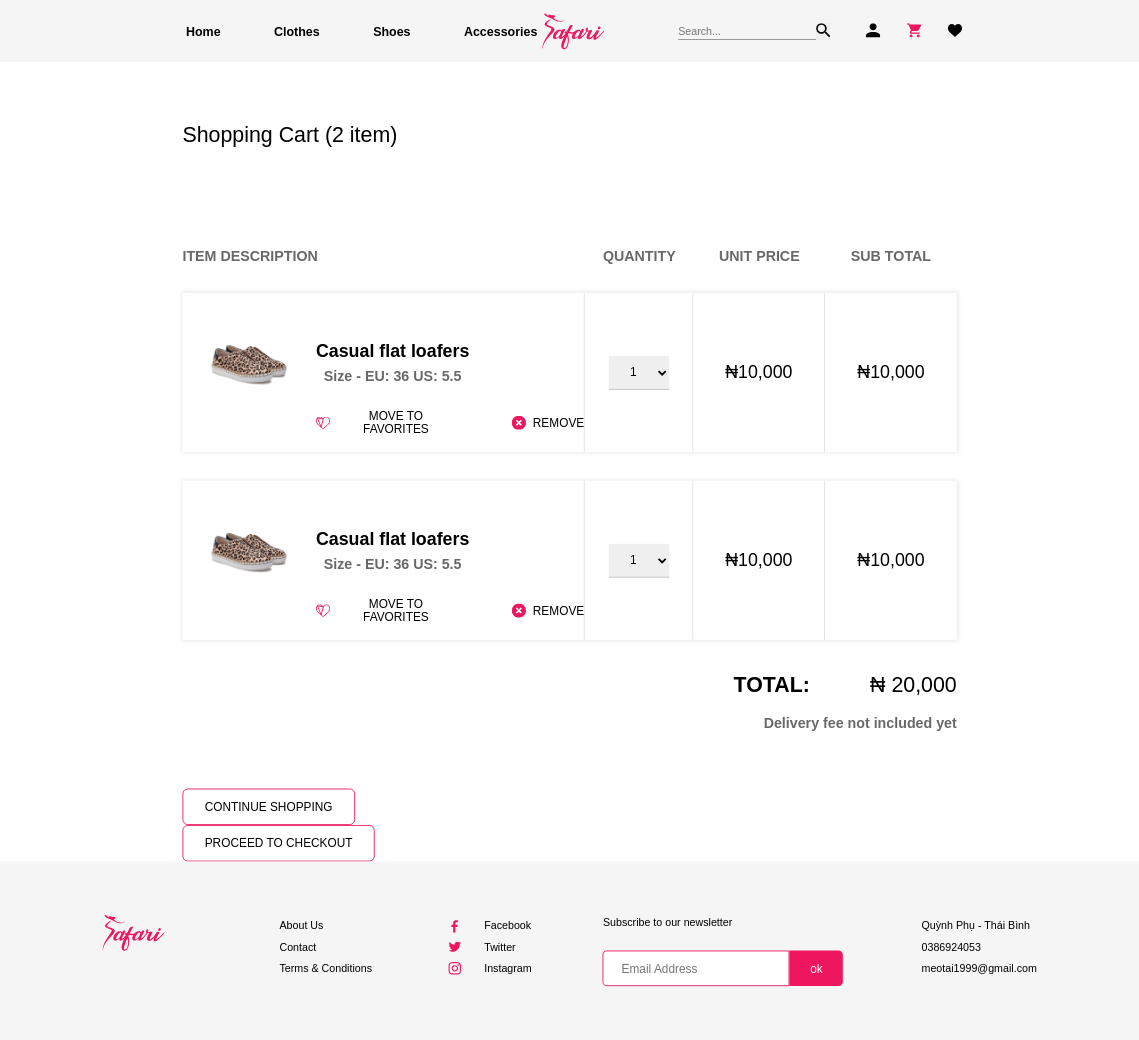
Repository: tboy1999/safari
Page: views/cart.html
These files come from the project's save history. The page is drawn as it stood at one moment and after the next save; the edit follows.
The browser window is 1280 px wide. The pictures show the whole page, at 89% of full size.
Some web libraries are served in a nearby version. The style sheet was rebuilt from its Sass, Less or Tailwind sources for each picture, by a compiler version that may differ from the author's.

Above is the page before, as saved 2022-04-28 14:33:40.

After the next save:
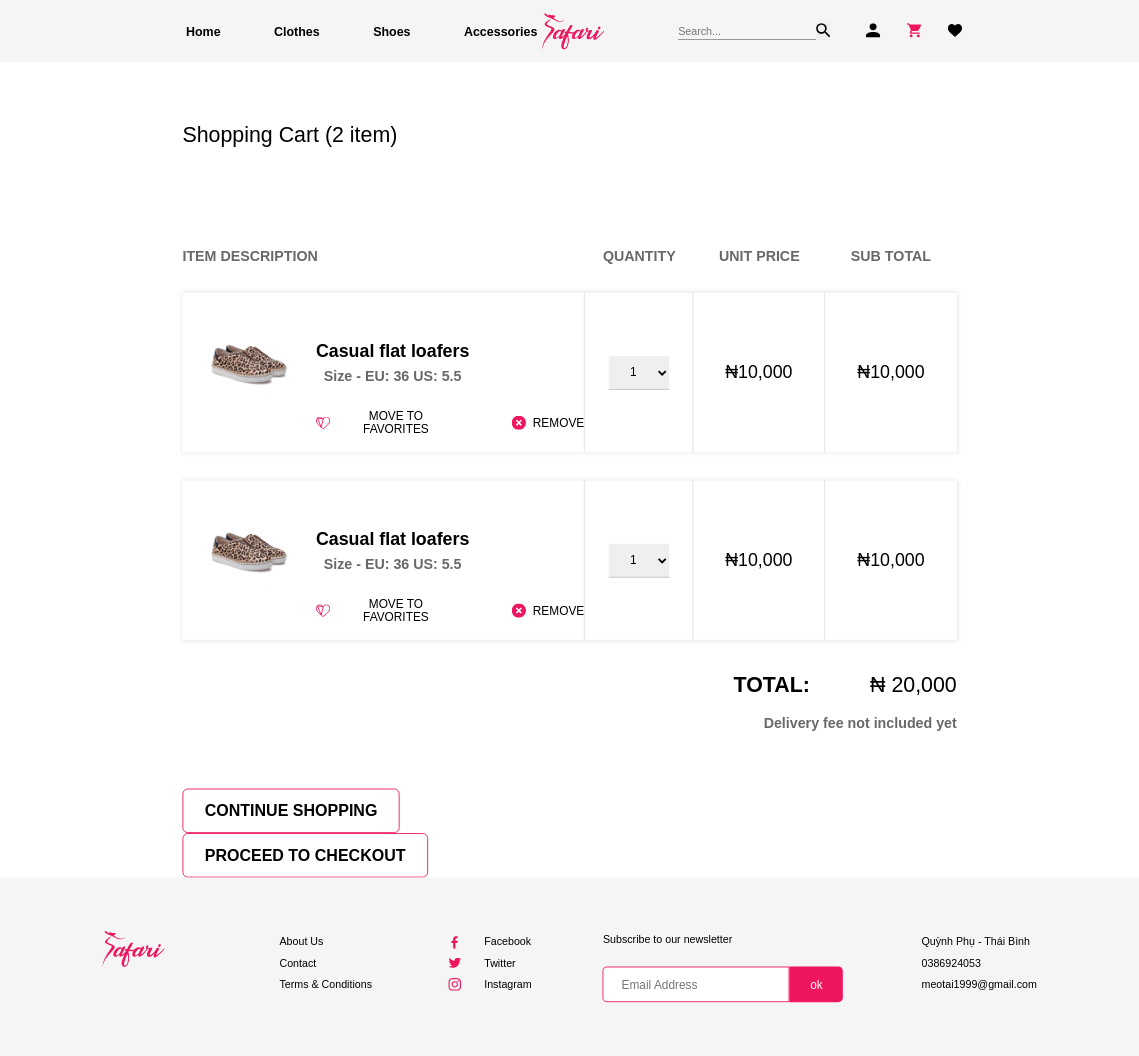
Saved 27 s later.
--- a/views/cart.html
+++ b/views/cart.html
@@ -124,9 +124,9 @@
           </div>
           <p class="fz16">Delivery fee not included yet</p>
         </div>
-        <div class="cart__button fz18">
-          <button>CONTINUE SHOPPING</button>
-          <button>PROCEED TO CHECKOUT</button>
+        <div class="cart__button">
+          <button class=" fz18">CONTINUE SHOPPING</button>
+          <button class=" fz18">PROCEED TO CHECKOUT</button>
         </div>
       </div>
     </div>
